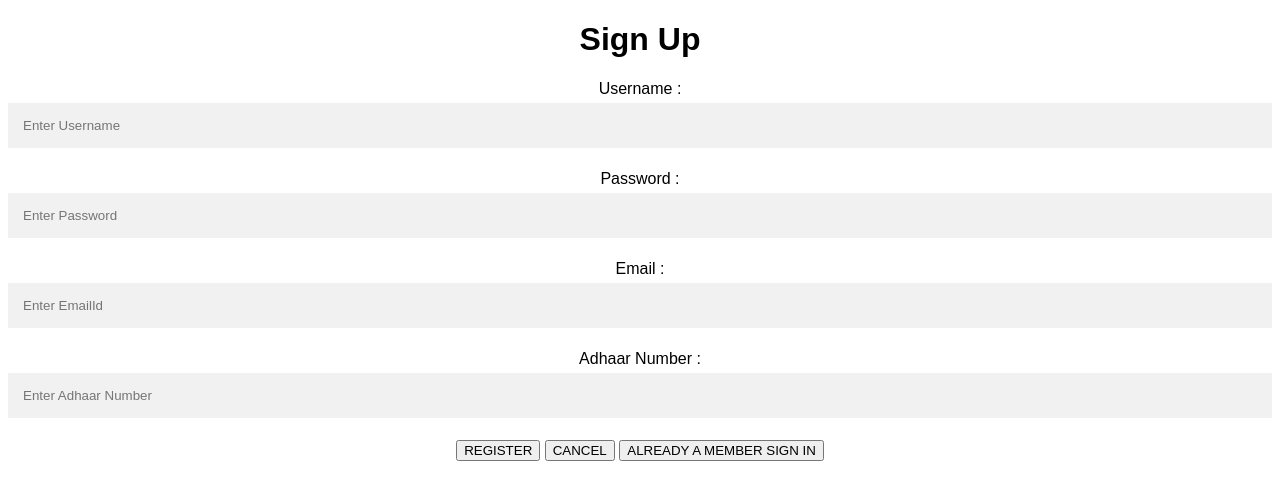
Repository: jchowdapurkar/Java-Project
Page: http://localhost/Registration/registration.jsp
These files come from the project's save history. The page is drawn as it stood at one moment and after the next save; the edit follows.
The browser window is 1280 px wide. The pictures show the whole page.
The page is served by Tomcat 9. Other server files are loaded and not shown.

Above is the page before, as saved 2018-07-16 18:24:18.

### Task Jsp/Registration/WebContent/registration.jsp
<%@ page language="java" contentType="text/html; charset=ISO-8859-1"
    pageEncoding="ISO-8859-1"%>
<!DOCTYPE html PUBLIC "-//W3C//DTD HTML 4.01 Transitional//EN" "http://www.w3.org/TR/html4/loose.dtd">
<html>
<style>
body {font-family: Arial, Helvetica, sans-serif;}
* {box-sizing: border-box}

/* Full-width input fields */
input[type=text], input[type=password],input[type=email] {
    width: 100%;
    padding: 15px;
    margin: 5px 0 22px 0;
    display: inline-block;
    border: none;
    background: #f1f1f1;
}


input[type=text]:focus, input[type=password]:focus, input[type=email]:focus {
    background-color: cyan;
    outline: none;
}

hr {
    border: 1px solid #f1f1f1;
    margin-bottom: 25px;
}

/* Set a style for all buttons */
button {
    background-color: green;
    color: white;
    padding: 14px 20px;
    margin: 8px 0;
    border: none;
    cursor: pointer;
    width: 10%;
    opacity: 0.9;
}

button:hover {
    opacity:0.5;
}

/* Extra styles for the cancel button */
.cancelbtn {
    padding: 14px 20px;
    background-color: red;
}

/* Float cancel and signup buttons and add an equal width */
.cancelbtn, .signupbtn {
  float: left;
  width: 50%;
}

// Add padding to container elements //
.container {
    padding: 16px;
}

/* Clear floats */
.clearfix::after {
    content: "";
    clear: both;
    display: table;
}

/* Change styles for cancel button and signup button on extra small screens */
@media screen and (max-width: 50px) {
    .cancelbtn, .signupbtn {
       width: 10%;
    }
}
</style>
<head>
<meta http-equiv="Content-Type" content="text/html; charset=ISO-8859-1">
<title>Sign Up</title>
</head>
<body>
<div align="center">
<form action = "Registration" method ="post">
<h1>Sign Up</h1>
Username : <input type ="text" placeholder = "Enter Username" name = "username" required="required">
Password : <input type ="password" placeholder = "Enter Password" name = "password"  required="required">
Email : <input type ="Email" placeholder = "Enter EmailId" name = "email" required="required">
Adhaar Number : <input type ="text" placeholder = "Enter Adhaar Number" name="adhaar"  required ="required">
<input type = "submit" value = "REGISTER">
<input type = "submit" value = "CANCEL">
<input type = "submit" value = "ALREADY A MEMBER SIGN IN">


</form>
</div>

</body>
</html>

After the next save:
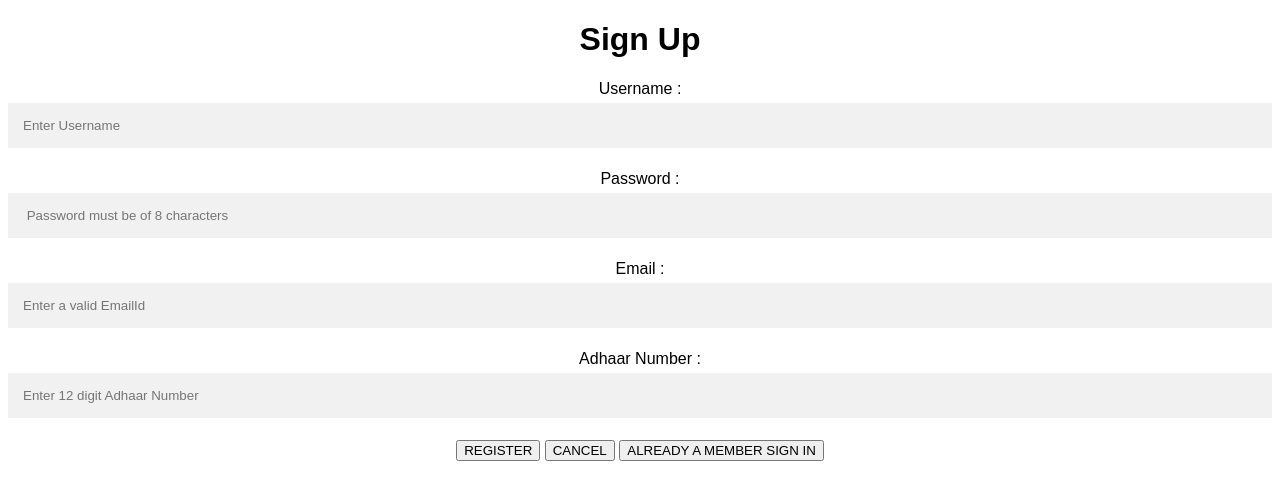
Saved 73 s later.
--- a/Task Jsp/Registration/WebContent/registration.jsp
+++ b/Task Jsp/Registration/WebContent/registration.jsp
@@ -83,9 +83,9 @@ button:hover {
 <form action = "Registration" method ="post">
 <h1>Sign Up</h1>
 Username : <input type ="text" placeholder = "Enter Username" name = "username" required="required">
-Password : <input type ="password" placeholder = "Enter Password" name = "password"  required="required">
-Email : <input type ="Email" placeholder = "Enter EmailId" name = "email" required="required">
-Adhaar Number : <input type ="text" placeholder = "Enter Adhaar Number" name="adhaar"  required ="required">
+Password : <input type ="password" placeholder = " Password must be of 8 characters" name = "password"  required="required">
+Email : <input type ="Email" placeholder = "Enter a valid EmailId" name = "email" required="required">
+Adhaar Number : <input type ="text" placeholder = "Enter 12 digit Adhaar Number" name="adhaar"  required ="required">
 <input type = "submit" value = "REGISTER">
 <input type = "submit" value = "CANCEL">
 <input type = "submit" value = "ALREADY A MEMBER SIGN IN">
